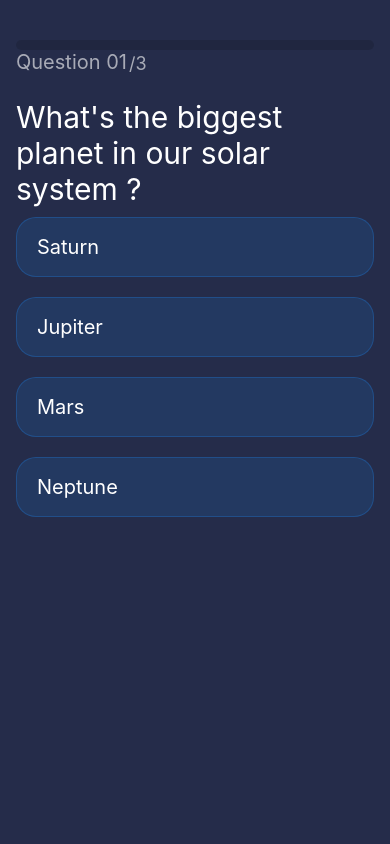
Repository: ds-mbappe/Quiz
Screen: /
These files come from the project's save history. The screen is drawn as it stood at one moment and after the next save; the edit follows.
The app was drawn by React Native's web renderer in a window 390 px wide. The project was rebuilt for these pictures with package versions that can differ from the ones it lists, and the page was loaded fresh each time.

Above is the screen before, as saved 2022-05-28 23:43:26.

After the next save:
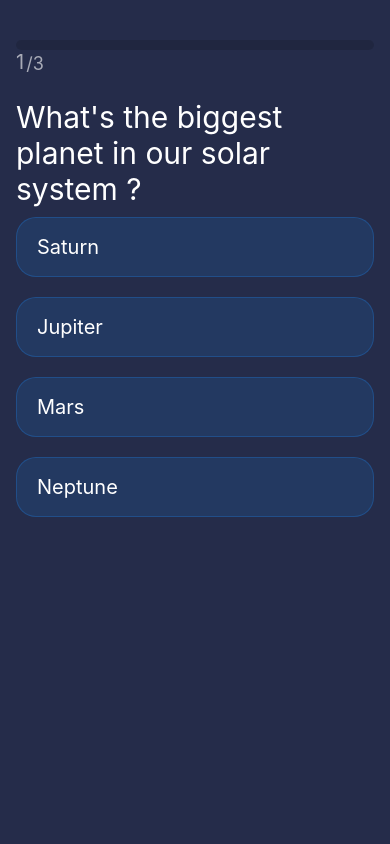
Saved 116 s later.
--- a/screens/Quiz.js
+++ b/screens/Quiz.js
@@ -71,7 +71,7 @@ const Quiz = () => {
       <View>
         {/* Question Counter */}
         <View style={styles.questions}>
-          <Text style={{color: COLORS.white, fontSize: 20, opacity: 0.6, marginRight: 2}}>{"Question " + currentQuestionIndex + 1}</Text>
+          <Text style={{color: COLORS.white, fontSize: 20, opacity: 0.6, marginRight: 2}}>{currentQuestionIndex + 1}</Text>
           <Text style={{color: COLORS.white, fontSize: 18, opacity: 0.6}}>/{allQuestions.length}</Text>
         </View>
 
